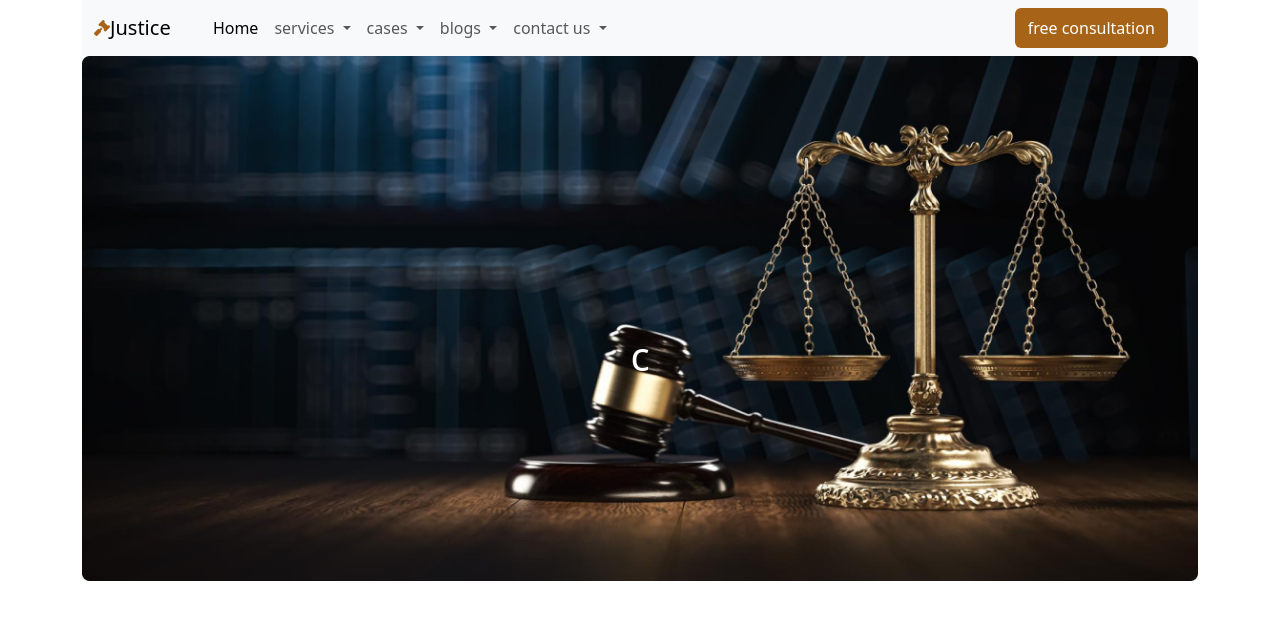
Repository: sadiaafsana138/justice
Page: index.html
The author's editor kept a copy of each file at every save. The page is drawn from the files as they stood at one save, then again after the next save.
The browser window is 1280 px wide. The pictures show the whole page.
Some web libraries are served in a nearby version.

Above is the page before, as saved 2023-01-25 18:07:01.

After the next save:
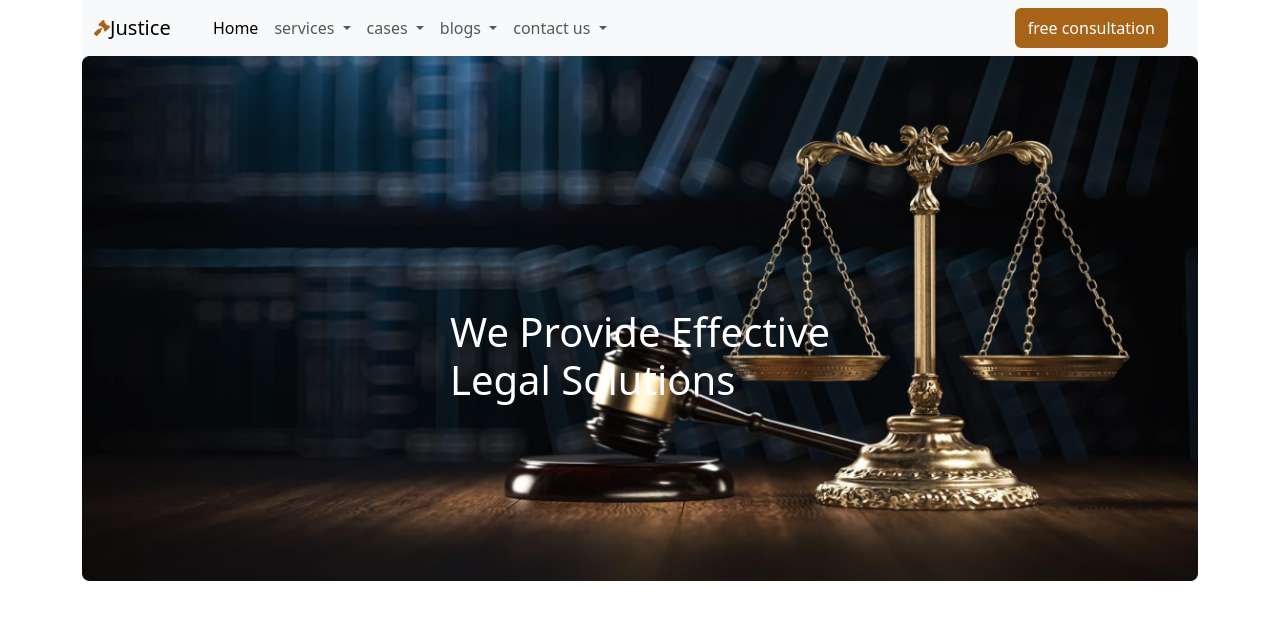
Saved 37 s later.
--- a/index.html
+++ b/index.html
@@ -108,7 +108,7 @@
             <div>
 
                 <div class="banner-text text-primary-color1">
-                    <h1>c</h1>
+                    <h1>We Provide Effective <br> Legal Solutions</h1>
                 </div>
                 <img class="img-fluid" src="images/banner.png" alt="">
             </div>
